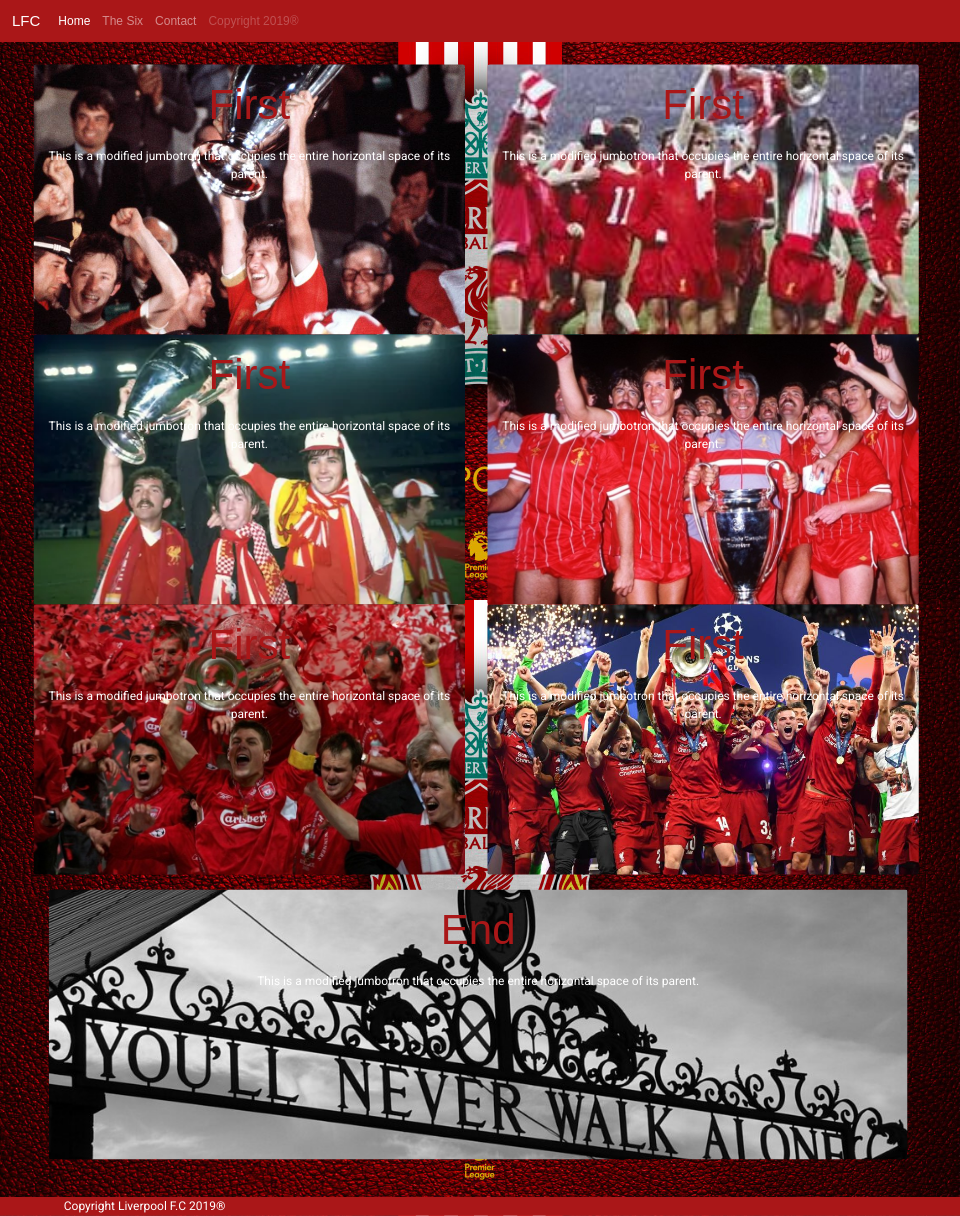
Repository: DalyAD/allez-2
Page: page1.html
The author's editor kept a record of every edit. The page is drawn from the files as they stood at one moment, then again after the next edit.
The browser window is 1280 px wide. The pictures show the whole page, at 75% of full size.
Backgrounds fixed to the window are drawn as part of the page. Some web fonts or font styles are not loaded; a fallback is used.

Above is the page before.

After the next edit:
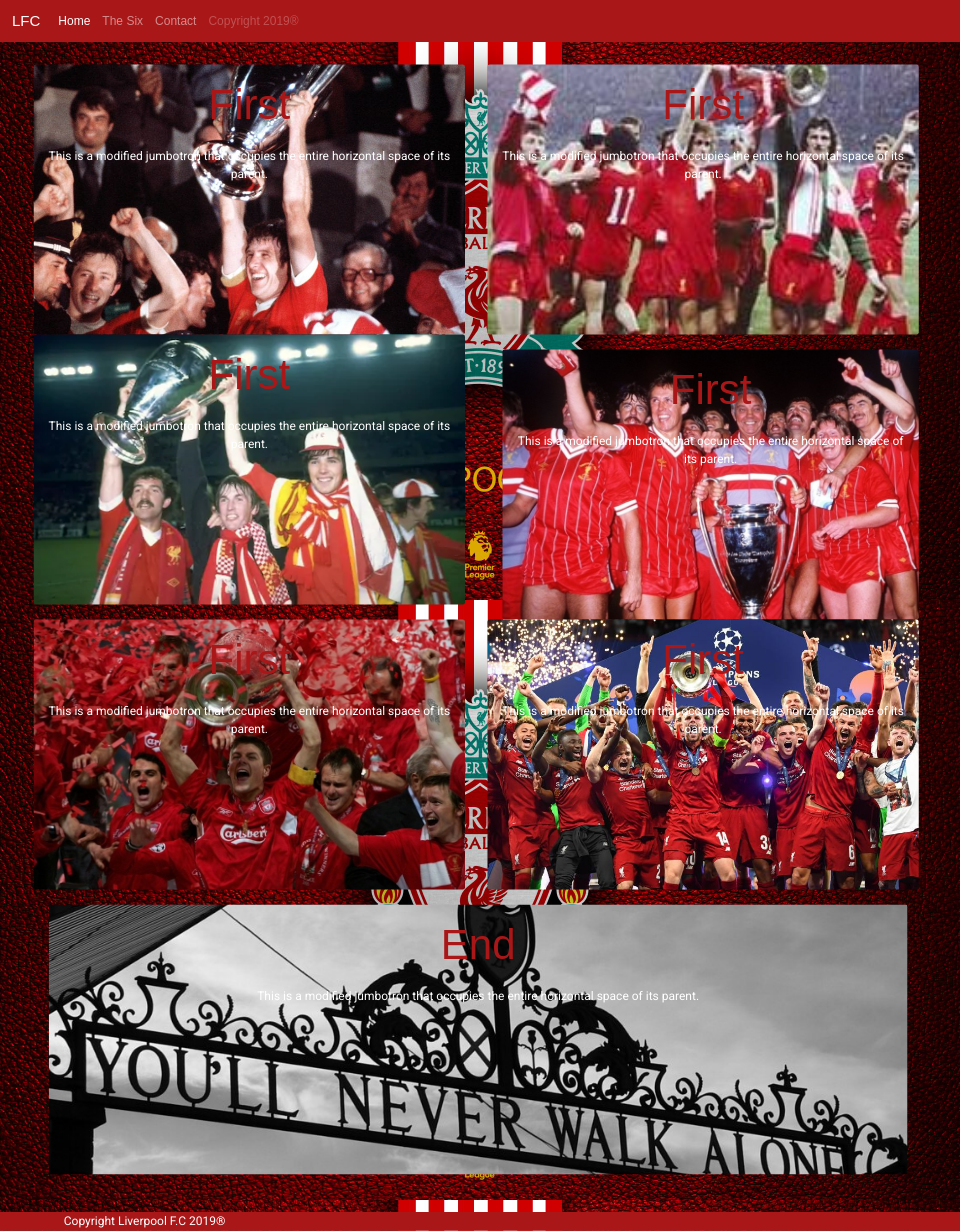
The edit:
--- a/page1.html
+++ b/page1.html
@@ -50,7 +50,7 @@
                     </div>
                 </div>
                 <div class="col-sm-6 col-xs-12 d-flex align-items-stretch">
-                    <div class="fourth cardalign">
+                    <div class="fourth desktopalign">
                         <h1 class="display-4"><strong>First</strong></h1>
                         <p class="lead">This is a modified jumbotron that occupies the entire horizontal space of its parent.</p>
                     </div>
